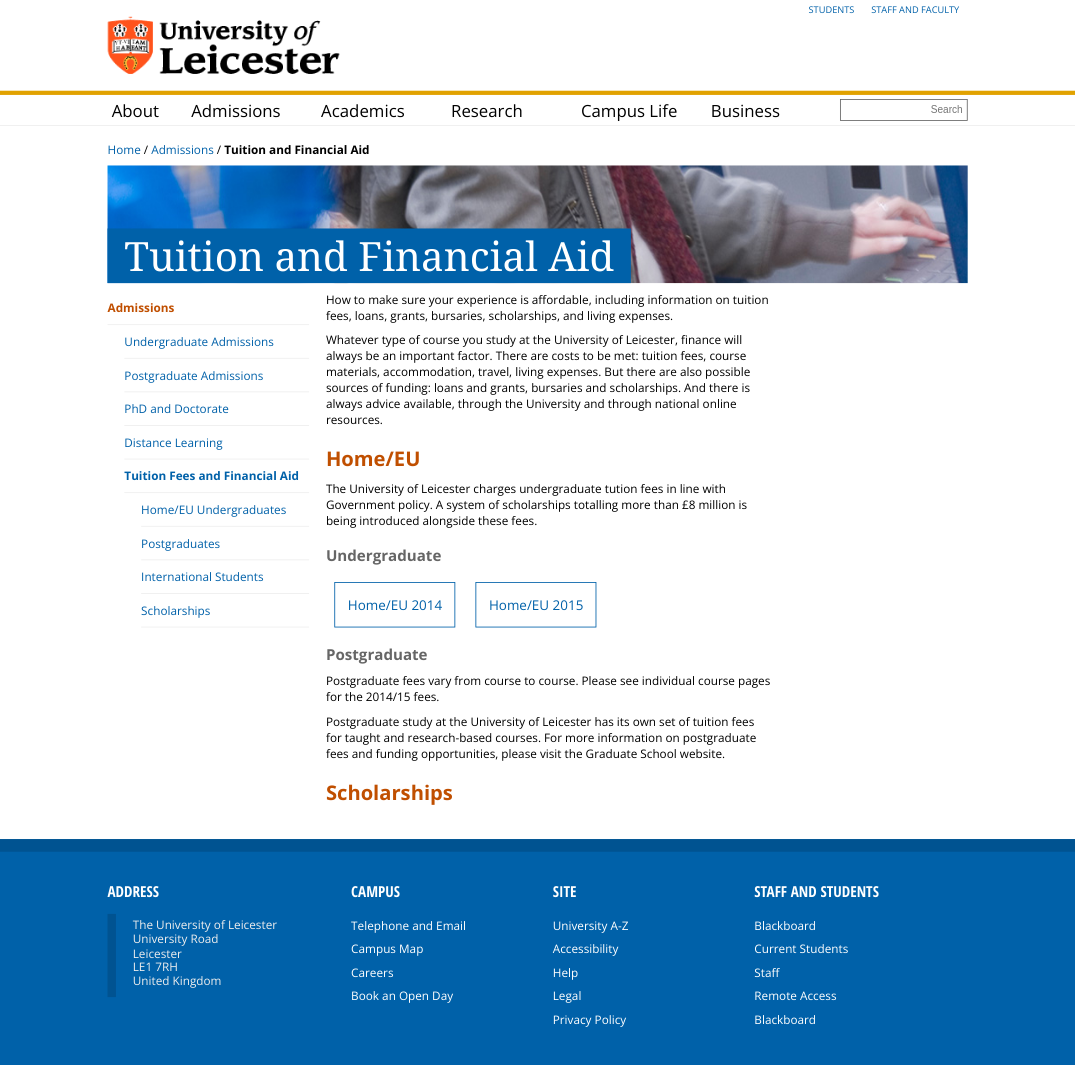
Repository: vqdo/leicester-redesign
Page: costs.html
The author's editor kept a record of every edit. The page is drawn from the files as they stood at one moment, then again after the next edit.
The browser window is 1280 px wide. The pictures show the whole page, at 84% of full size.
Some web libraries are served in a nearby version.

Above is the page before.

After the next edit:
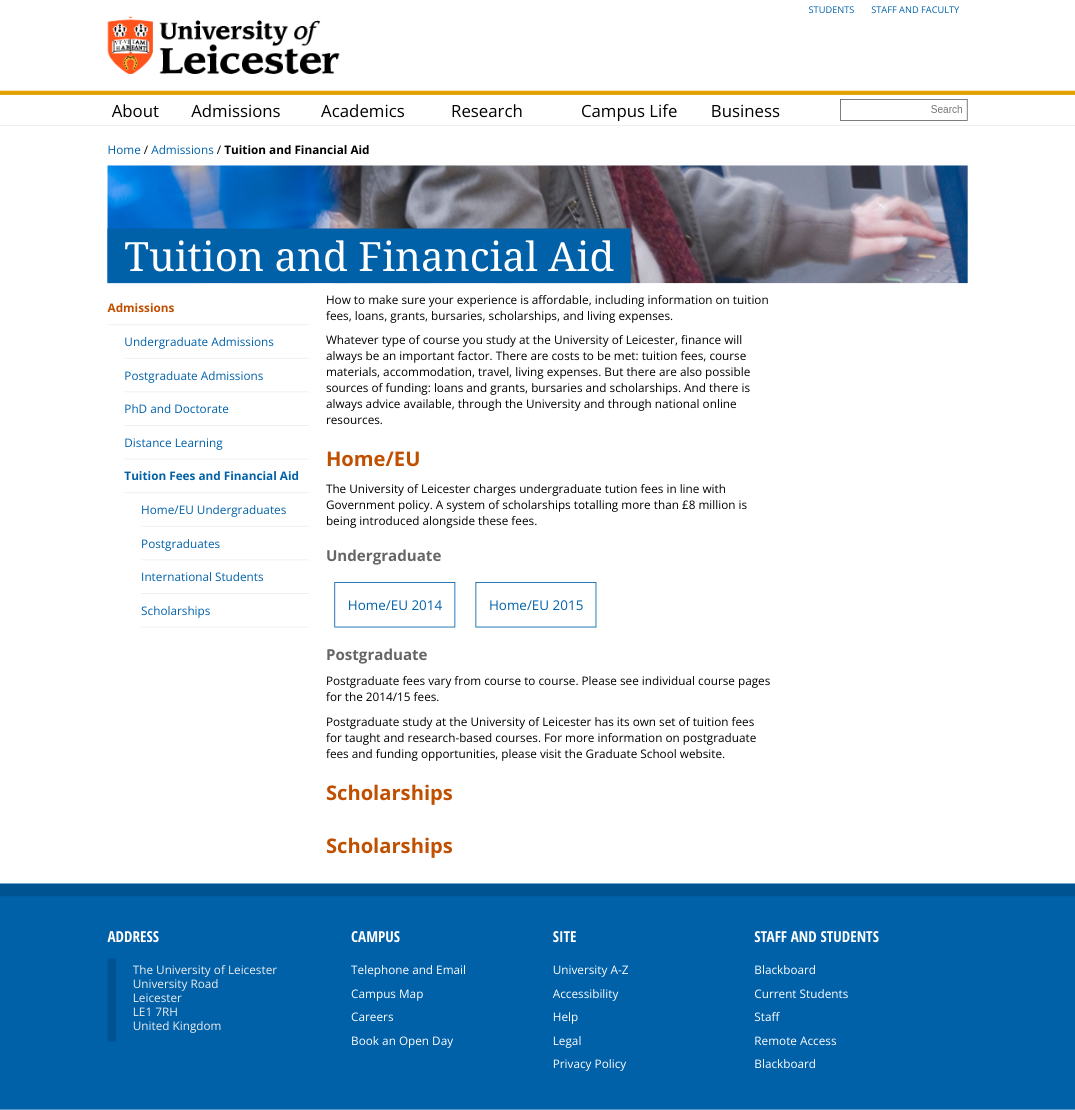
The edit:
--- a/costs.html
+++ b/costs.html
@@ -137,6 +137,8 @@
                         <p>Postgraduate study at the University of Leicester has its own set of tuition fees for taught and research-based courses. For more information on postgraduate fees and funding opportunities, please visit the Graduate School website.</p>
                     <h2>Scholarships</h2>
                     <p></p>
+
+                    <h2>Scholarships</h2>
                 </div>
                 <div class="page-sideinfo">
 
